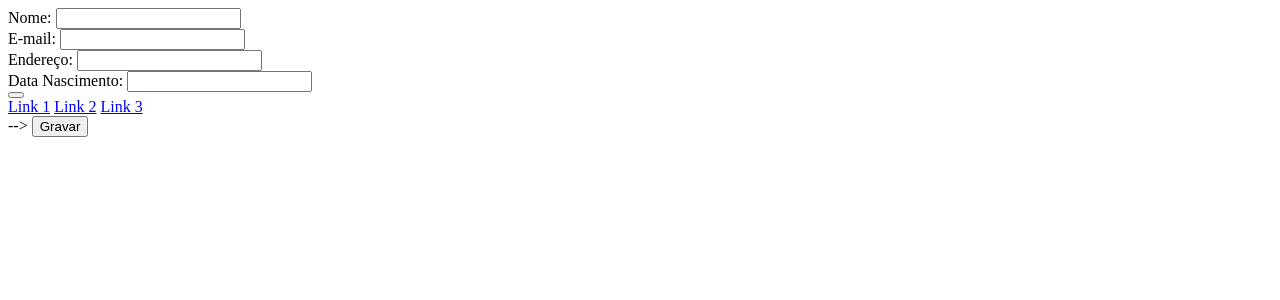
Repository: Natan16/CRUDJUSTTO
Page: CRUDJUSTTOWEB/WebContent/adiciona-advogado.html
An editor plug-in stored every save of this project. The page is shown before and after the next save, followed by the edit.
The browser window is 1280 px wide. The pictures show the whole page.

Above is the page before, as saved 2019-08-31 10:34:27.

After the next save:
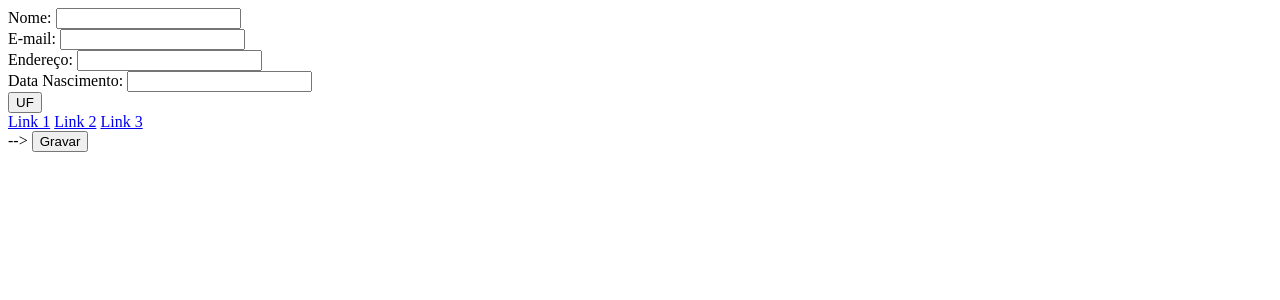
Saved 13 s later.
--- a/CRUDJUSTTOWEB/WebContent/adiciona-advogado.html
+++ b/CRUDJUSTTOWEB/WebContent/adiciona-advogado.html
@@ -6,7 +6,7 @@
              Endereço: <input type="text" name="endereco" /><br />
              Data Nascimento: <input type="text" name="dataNascimento" /><br />
              <div class="dropdown">
-  			<button class="dropbtn"></button>
+  			<button class="dropbtn">UF</button>
   				<div class="dropdown-content">
     				<a href="#">Link 1</a>
     				<a href="#">Link 2</a>
